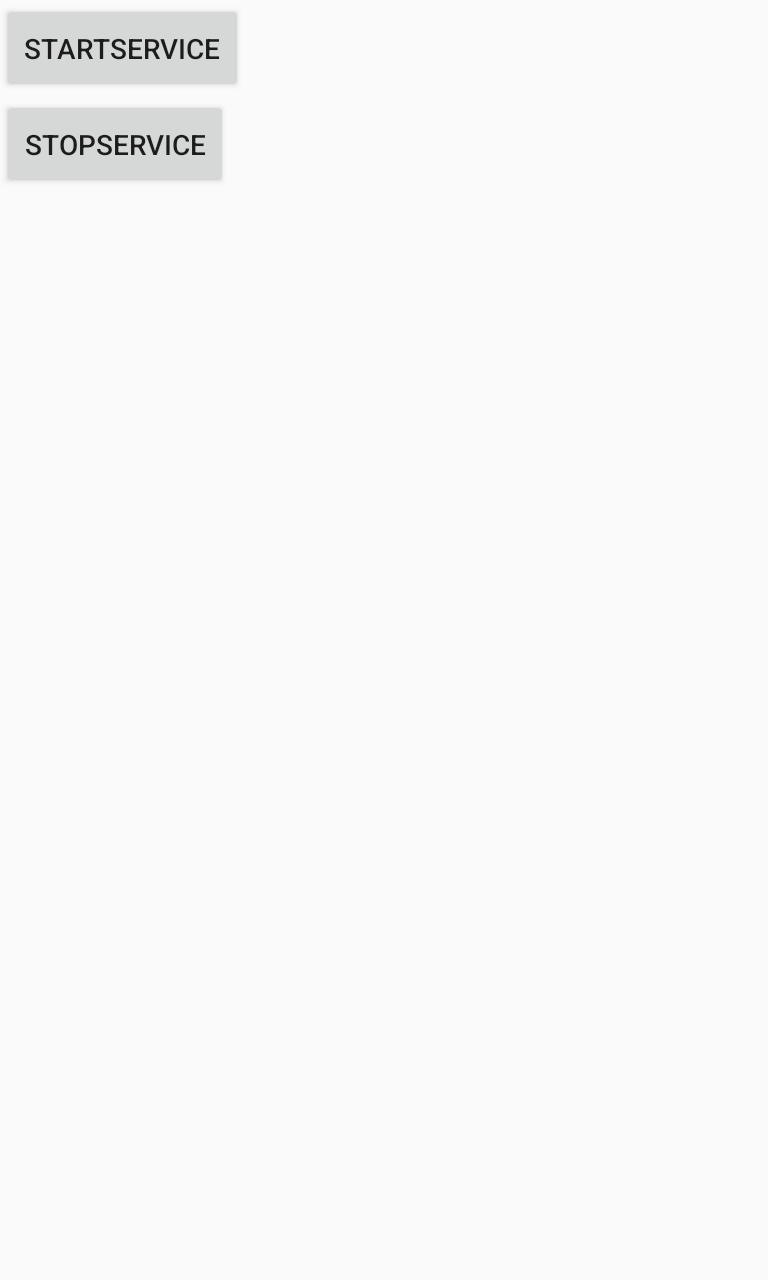
Repository: chenchangqing/learnandroid
Layout: example03/res/layout/activity_main.xml
These files come from the project's save history. The layout is drawn as it stood at one moment and after the next save; the edit follows.
It is drawn on a 768 x 1280 px phone screen (xhdpi) without system bars, with theme AppTheme; the app's code is not run.

Above is the layout before, as saved 2015-08-16 13:54:04.

### example03/res/layout/activity_main.xml
<LinearLayout xmlns:android="http://schemas.android.com/apk/res/android"
    xmlns:tools="http://schemas.android.com/tools"
    android:layout_width="match_parent"
    android:layout_height="match_parent"
    android:orientation="vertical"
    tools:context="com.example.example03.MainActivity" >

    <Button
        android:id="@+id/startService"
        style="?android:attr/buttonStyleSmall"
        android:layout_width="wrap_content"
        android:layout_height="wrap_content"
        android:text="startService" />

    <Button
        android:id="@+id/stopService"
        style="?android:attr/buttonStyleSmall"
        android:layout_width="wrap_content"
        android:layout_height="wrap_content"
        android:text="stopService" />

</LinearLayout>

Loaded but not shown: example03/res/values/styles.xml (common file); example03/res/values-v11/styles.xml (common file); example03/res/values-v14/styles.xml (common file)

After the next save:
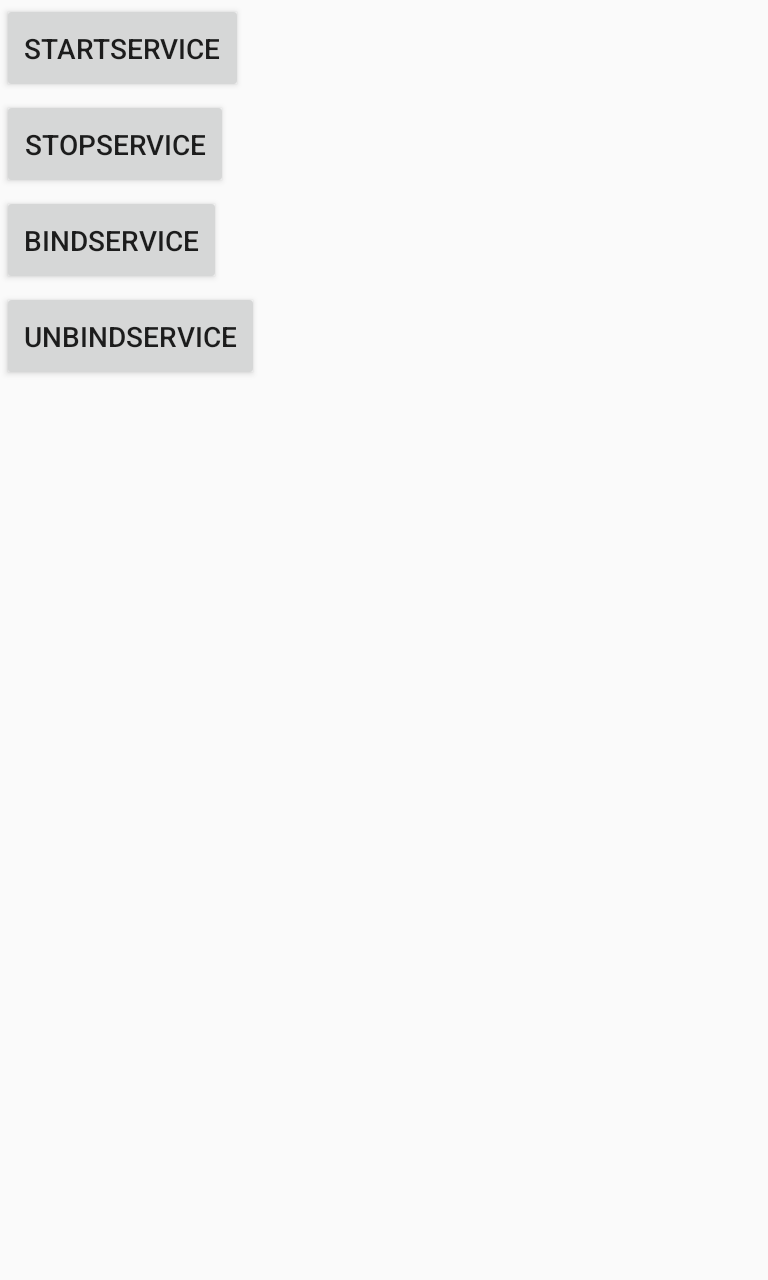
Saved 7 min 59 s later.
--- a/example03/res/layout/activity_main.xml
+++ b/example03/res/layout/activity_main.xml
@@ -19,4 +19,18 @@
         android:layout_height="wrap_content"
         android:text="stopService" />
 
+    <Button
+        android:id="@+id/button1"
+        style="?android:attr/buttonStyleSmall"
+        android:layout_width="wrap_content"
+        android:layout_height="wrap_content"
+        android:text="bindService" />
+
+    <Button
+        android:id="@+id/button2"
+        style="?android:attr/buttonStyleSmall"
+        android:layout_width="wrap_content"
+        android:layout_height="wrap_content"
+        android:text="unbindService" />
+
 </LinearLayout>
